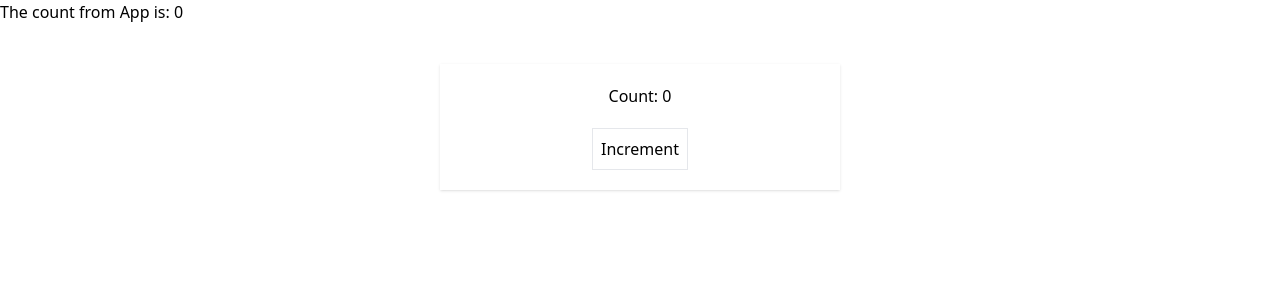
Repository: vophuocthanh/redux
Page: /
An editor plug-in stored every save of this project. The page is shown before and after the next save, followed by the edit.
The browser window is 1280 px wide. The pictures show the whole page.
The project was rebuilt for these pictures with package versions that can differ from the ones it lists, and the page was loaded fresh each time. Also part of the build but not shown: src/App.css.

Above is the page before, as saved 2023-03-08 15:14:01.

After the next save:
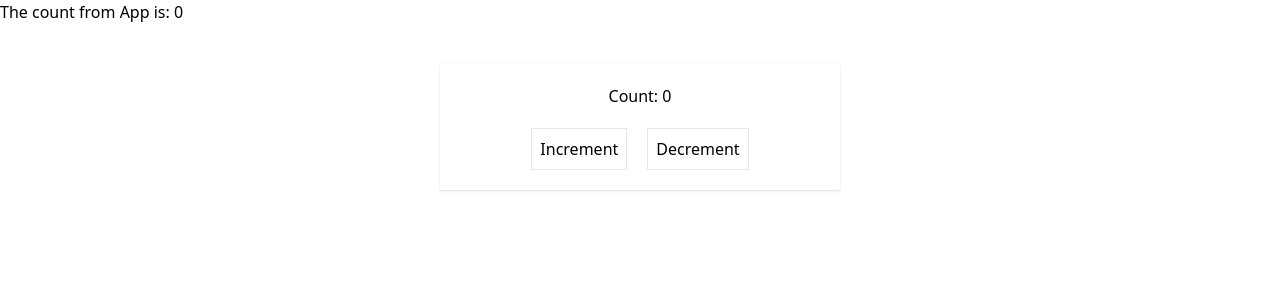
Saved 15 s later.
--- a/src/components/Counter.js
+++ b/src/components/Counter.js
@@ -19,12 +19,12 @@ const Counter = () => {
         >
           Increment
         </button>
-        {/* <button
+        <button
           className="inline-block p-2 border border-gray-200"
-          onClick={decrement}
+          // onClick={decrement}
         >
           Decrement
-        </button> */}
+        </button>
       </div>
     </div>
   );
